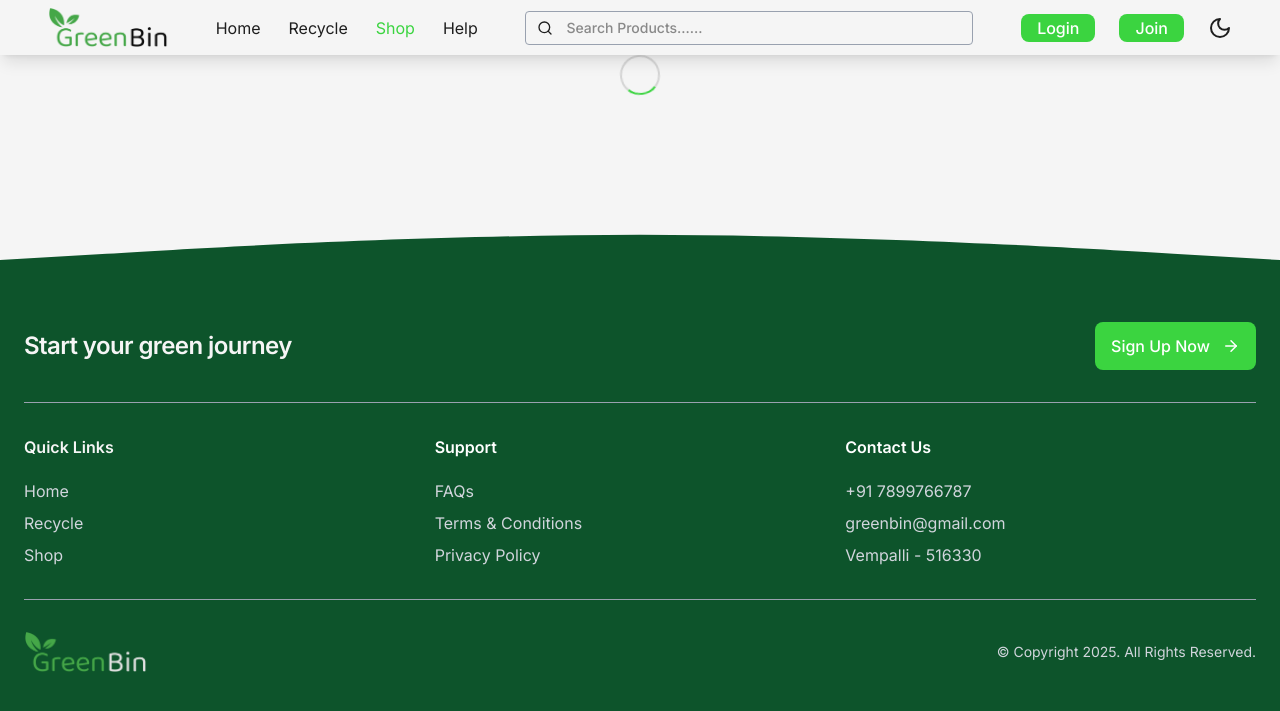
Repository: Siddhu123456/Plastic-Waste-Management
Page: /shop (app in frontend/)
These files come from the project's save history. The page is drawn as it stood at one moment and after the next save; the edit follows.
The browser window is 1280 px wide. The pictures show the whole page.
The page's requests for data from a server got no answer. The project was rebuilt for these pictures with package versions that can differ from the ones it lists, and the page was loaded fresh each time. No one was signed in, and anything a server would have sent is missing. Also part of the build but not shown: frontend/vite.config.js, frontend/src/components/ProductCard.jsx, frontend/src/components/TrendingProductsCarousel.jsx, frontend/src/pages/Home.jsx, frontend/src/components/FilterBar.jsx, frontend/src/pages/customer/Recycle.jsx, frontend/src/components/CartItemCard.jsx, frontend/src/pages/customer/Cart.jsx and 14 more. Imported but missing from the stored project, and not drawn on this page: frontend/src/pages/Help, frontend/src/pages/customer/WishList.

Above is the page before, as saved 2025-05-06 16:34:19.

After the next save:
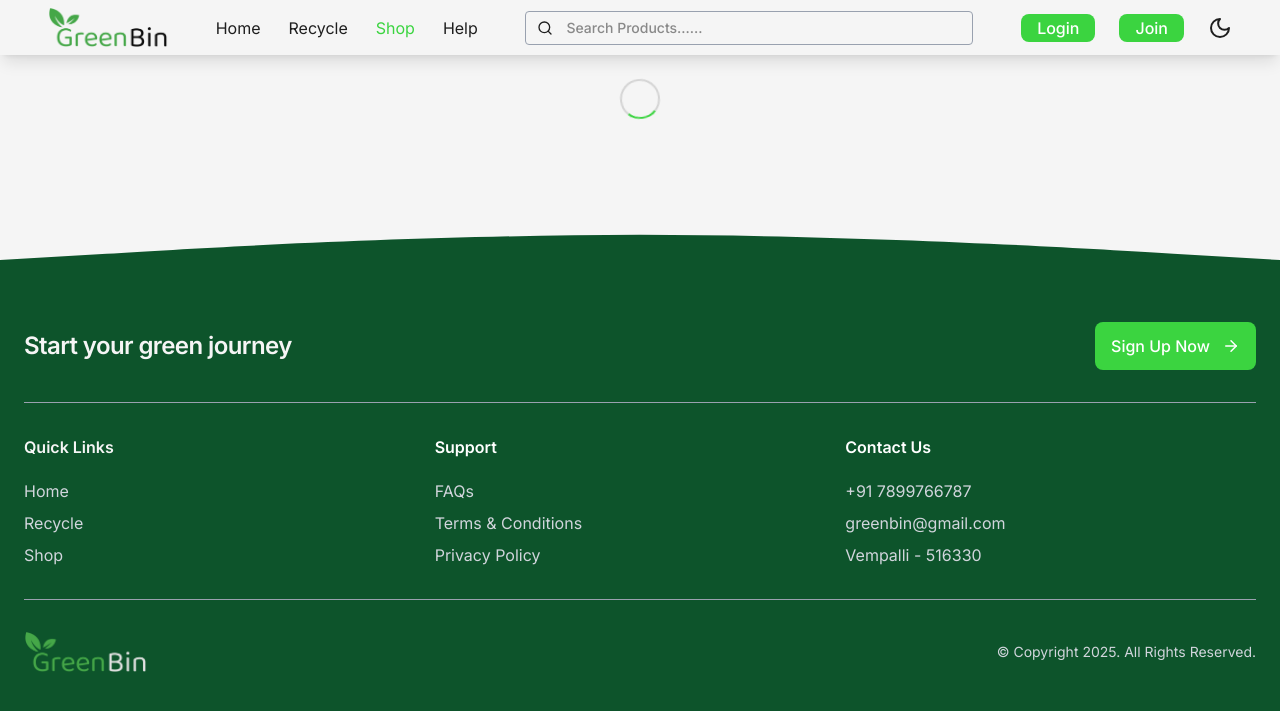
Saved 12 s later.
--- a/frontend/src/pages/customer/Shop.jsx
+++ b/frontend/src/pages/customer/Shop.jsx
@@ -98,7 +98,7 @@
 
   if(loading)
     return (
-    <div className="flex justify-center w-full"><Loader/></div>
+    <div className="flex justify-center p-6 w-full"><Loader/></div>
     )
 
   return (

After the save that followed:
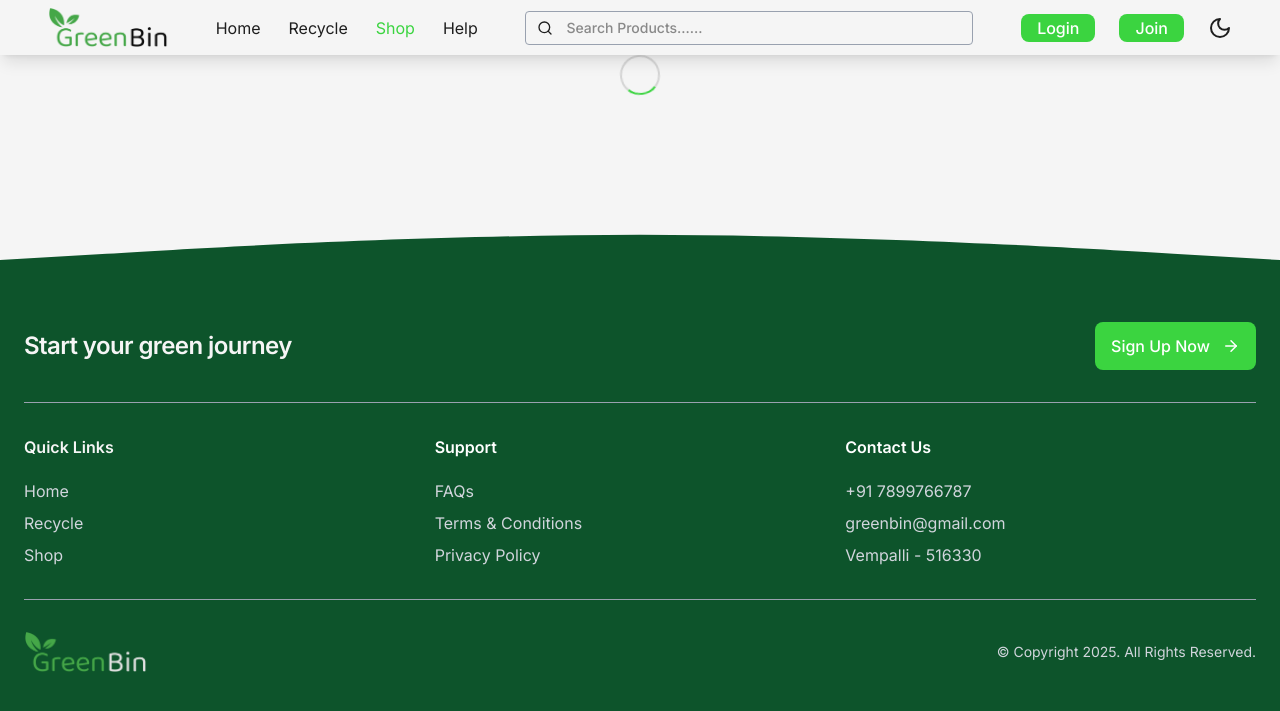
Saved 10 s later.
--- a/frontend/src/pages/customer/Shop.jsx
+++ b/frontend/src/pages/customer/Shop.jsx
@@ -98,7 +98,7 @@
 
   if(loading)
     return (
-    <div className="flex justify-center p-6 w-full"><Loader/></div>
+    <div className="flex justify-center pt-1/2 w-full"><Loader/></div>
     )
 
   return (
